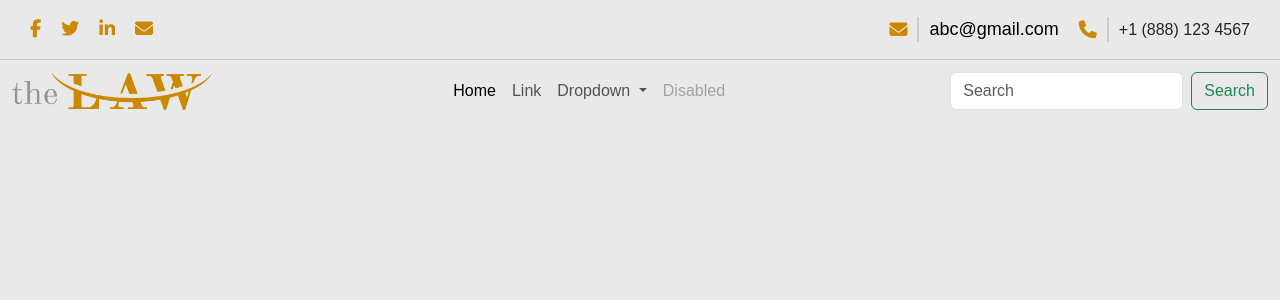
Repository: arehmanraza/lawyer_website
Page: Pages/index.html
An editor plug-in stored every save of this project. The page is shown before and after the next save, followed by the edit.
The browser window is 1280 px wide. The pictures show the whole page.
Some web libraries are served in a nearby version.

Above is the page before, as saved 2024-05-22 01:42:40.

### Pages/index.html
<!DOCTYPE html>
<html lang="en">
  <head>
    <meta charset="utf-8" />
    <meta name="viewport" content="width=device-width, initial-scale=1" />
    <title>The Lawyer</title>
    <link
      rel="stylesheet"
      href="https://pro.fontawesome.com/releases/v5.10.0/css/all.css"
      integrity="sha384-AYmEC3Yw5cVb3ZcuHtOA93w35dYTsvhLPVnYs9eStHfGJvOvKxVfELGroGkvsg+p"
      crossorigin="anonymous"
    />
    <link rel="stylesheet" href="/Styling/style.css" />
    <link
      rel="stylesheet"
      href="https://cdnjs.cloudflare.com/ajax/libs/font-awesome/6.5.2/css/all.min.css"
      integrity="sha512-SnH5WK+bZxgPHs44uWIX+LLJAJ9/2PkPKZ5QiAj6Ta86w+fsb2TkcmfRyVX3pBnMFcV7oQPJkl9QevSCWr3W6A=="
      crossorigin="anonymous"
      referrerpolicy="no-referrer"
    />
    <link
      href="https://cdn.jsdelivr.net/npm/bootstrap@5.3.3/dist/css/bootstrap.min.css"
      rel="stylesheet"
      integrity="sha384-QWTKZyjpPEjISv5WaRU9OFeRpok6YctnYmDr5pNlyT2bRjXh0JMhjY6hW+ALEwIH"
      crossorigin="anonymous"
    />
  </head>
  <body>
    <div class="main-container">


      <!-- ---------------head_top_container start ------------------  -->




      <div class="head_top">
        <div class="head_top_left">
          <ul>
            <li>
              <i class="icon2 fa-brands fa-facebook-f"></i>
            </li>
            <li>
              <i class="icon2 fa-brands fa-twitter"></i>
            </li>
            <li>
              <i class="icon2 fa-brands fa-linkedin-in"></i>
            </li>
            <li>
              <i class="icon2 fa-solid fa-envelope"></i>
            </li>
          </ul>
        </div>
        <div class="head_top_right">
          <ul>
            <li>
              <i class="icon2 fa-solid fa-envelope"></i>
              <p class="border1"></p>
              <span><a class="phoneno" href = "mailto: a.rehman78766@gmail.com">abc@gmail.com</a></span>
            </li>
            <li>
              <i class="icon2 fa-solid fa-phone"></i>
              <p class="border1"></p>
              <span>+1 (888) 123 4567</span>
            </li>

          </ul>
        </div>
      </div>
      <!-- ---------------head_top_container end ------------------  -->






      <!-- ---------------Navbar_container start ------------------  -->


      <nav class="navbar navbar-expand-lg ">
        <div class="container-fluid">
          <a class="navbar-brand" href="#"><img src="/Images/logo.png"  width="200px"></a>
          <button class="navbar-toggler" type="button" data-bs-toggle="collapse" data-bs-target="#navbarSupportedContent" aria-controls="navbarSupportedContent" aria-expanded="false" aria-label="Toggle navigation">
            <span class="navbar-toggler-icon"></span>
          </button>
          <div class="collapse navbar-collapse" id="navbarSupportedContent">
            <ul class="navbar-nav mx-auto mb-2 mb-lg-0">
              <li class="nav-item">
                <a class="nav-link active" aria-current="page" href="#">Home</a>
              </li>
              <li class="nav-item">
                <a class="nav-link" href="#">Link</a>
              </li>
              <li class="nav-item dropdown">
                <a class="nav-link dropdown-toggle" href="#" role="button" data-bs-toggle="dropdown" aria-expanded="false">
                  Dropdown
                </a>
                <ul class="dropdown-menu">
                  <li><a class="dropdown-item" href="#">Action</a></li>
                  <li><a class="dropdown-item" href="#">Another action</a></li>
                  <li><hr class="dropdown-divider"></li>
                  <li><a class="dropdown-item" href="#">Something else here</a></li>
                </ul>
              </li>
              <li class="nav-item">
                <a class="nav-link disabled" aria-disabled="true">Disabled</a>
              </li>
            </ul>
            <form class="d-flex" role="search">
              <input class="form-control me-2" type="search" placeholder="Search" aria-label="Search">
              <button class="btn btn-outline-success" type="submit">Search</button>
            </form>
          </div>
        </div>
      </nav>





      <!-- ---------------Navbar_container end ------------------  -->





    </div>
    <script
      src="https://cdn.jsdelivr.net/npm/bootstrap@5.3.3/dist/js/bootstrap.bundle.min.js"
      integrity="sha384-YvpcrYf0tY3lHB60NNkmXc5s9fDVZLESaAA55NDzOxhy9GkcIdslK1eN7N6jIeHz"
      crossorigin="anonymous"
    ></script>
  </body>
</html>

### Styling/style.css
*{
    margin: 0;
    padding: 0;
    box-sizing: border-box;
    font-family: Arial, Helvetica, sans-serif, "Montserrat";
}
.main-container{
    background-color: #e9e9e9;
    width: 100%;
    height: 100vh;
    padding: 0px;
}

.head_top {
    width: 100%;
    height: 60px;
    display: flex;
    justify-content: space-between;
    align-items: center; /* Center items vertically */
    border-bottom: 1px solid #ccc;
    padding: 0px 20px;
}

.head_top_left {
    width: 50%;
    display: flex; /* Ensure the left container is also using flexbox */
    align-items: center; /* Center items vertically */
}
.head_top_left ul {
    display: flex;
    list-style: none;
    padding: 0;
    margin: 0;
}
.head_top_left ul li{
    padding: 0px 10px;
}
.head_top_right{
    display: flex;
    align-items: center;
    width: 50%;
}
.head_top_right ul{
    display: flex;
    list-style: none;
    padding: 0;
    margin: 0px 0px 0px auto;

}
.head_top_right ul li{
    padding: 0px 10px;
    display: flex;
    align-items: center;
}
.border1{
    border-left: 2px solid #ccc;

    height: 25px;
    margin: 0px 10px;
}
.icon2{
    color:  #cc8800;
  font-size: large;
}
.phoneno{
    color: black;
    font-size: 18px;
    font-weight: 500;
    text-decoration: none
}

After the next save:
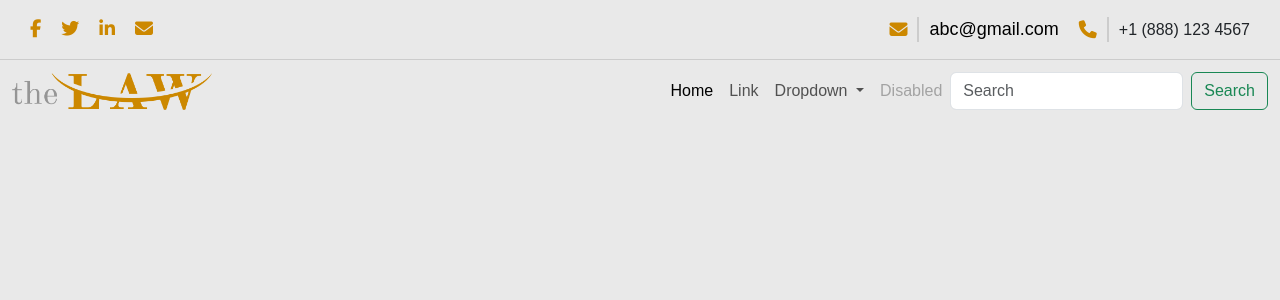
Saved 7 s later.
--- a/Pages/index.html
+++ b/Pages/index.html
@@ -84,7 +84,7 @@
             <span class="navbar-toggler-icon"></span>
           </button>
           <div class="collapse navbar-collapse" id="navbarSupportedContent">
-            <ul class="navbar-nav mx-auto mb-2 mb-lg-0">
+            <ul class="navbar-nav ms-auto mb-2 mb-lg-0">
               <li class="nav-item">
                 <a class="nav-link active" aria-current="page" href="#">Home</a>
               </li>
